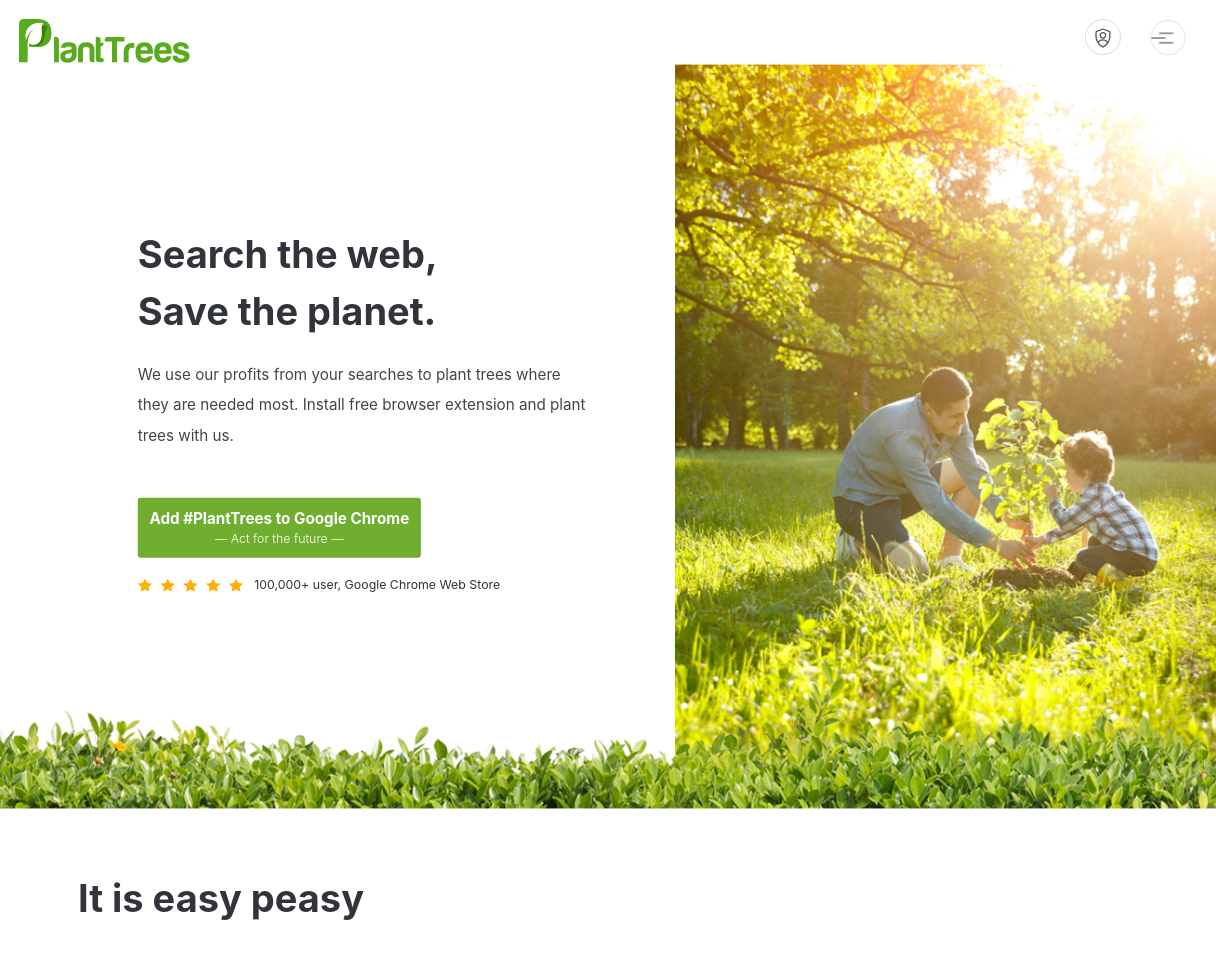
Repository: caothaito/b6g6
Page: bogo/how-it-work.html
An editor plug-in stored every save of this project. The page is shown before and after a run of saves, followed by the edit.
The browser window is 1280 px wide. The pictures show the whole page, at 95% of full size.
Some web libraries are served in a nearby version. The style sheet was rebuilt from its Sass, Less or Tailwind sources for each picture, by a compiler version that may differ from the author's.

Above is the page before, as saved 2020-08-14 10:41:12.
Console error: TypeError: $(...).ready(...) is not a function

After the next 4 saves:
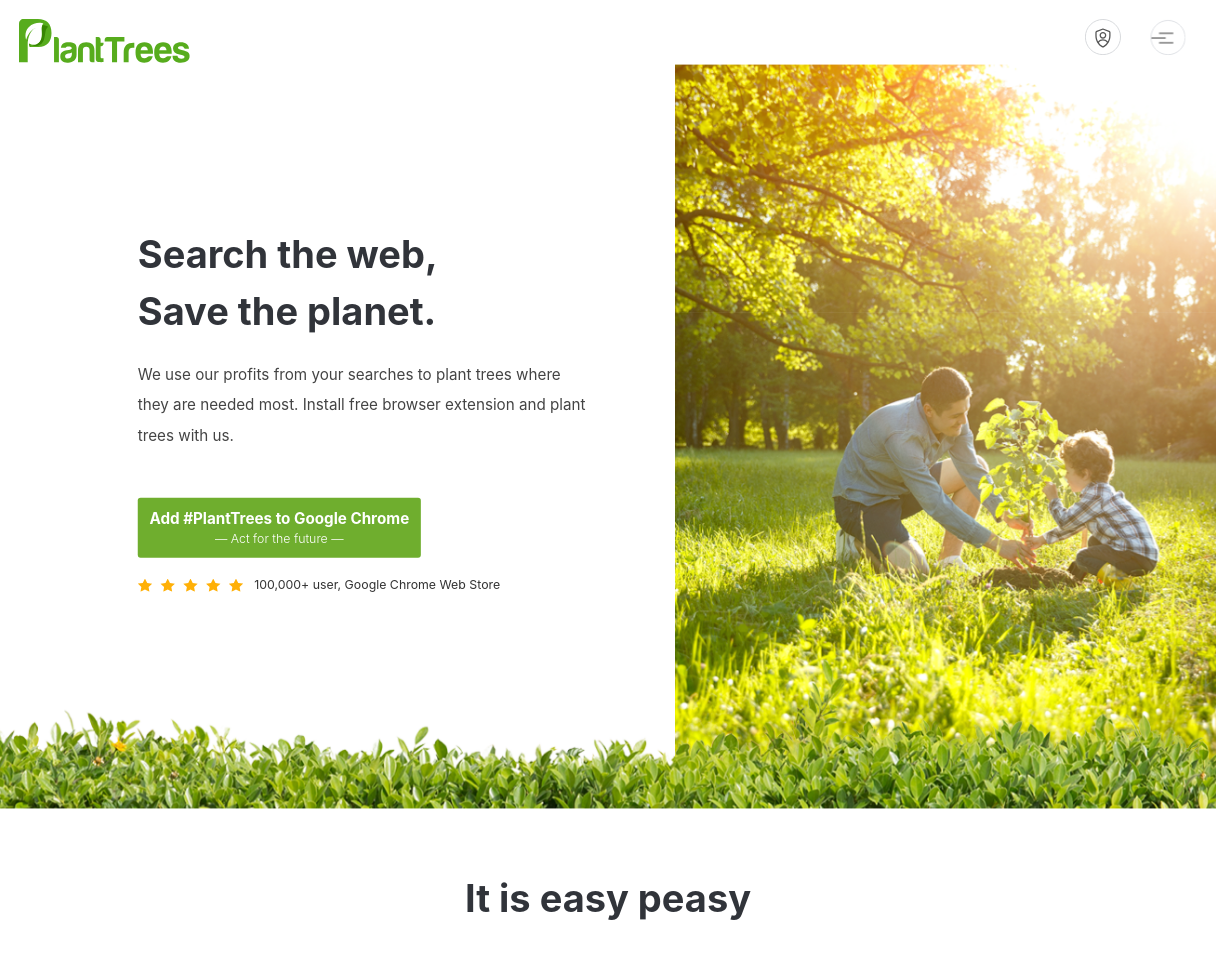
The 4 saves are shown as one change because 1 did not build or start and some came seconds apart.
The last was saved 110 s later.
--- a/bogo/assets/css/style.scss
+++ b/bogo/assets/css/style.scss
@@ -308,9 +308,6 @@
         font-weight: 700;
         font-size: 40px;
         font-size: 2.5rem;
-        margin-left: auto;
-        margin-right: auto;
-        padding-left: 12px;
-        padding-right: 12px;
+        text-align: center;
     }
 }
